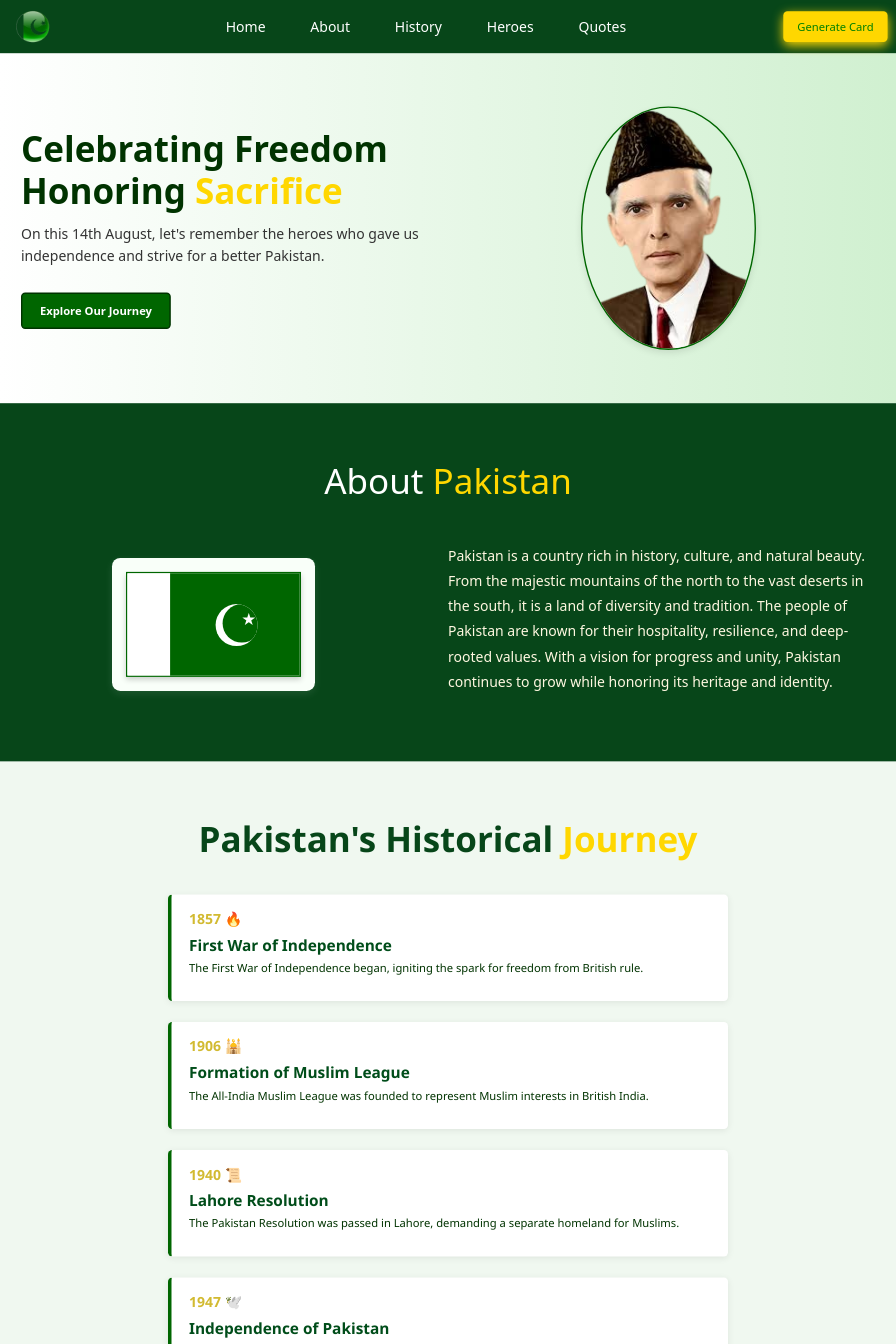
Repository: memonmuhammadali98/Pakistan-Independence-Day
Page: index.html
These files come from the project's save history. The page is drawn as it stood at one moment and after the next save; the edit follows.
The browser window is 1280 px wide. The pictures show the part of the page from y = 0 to 1920 px (the page is 6354 px tall), at 70% of full size.

Above is the page before, as saved 2025-08-09 21:32:39.

After the next save:
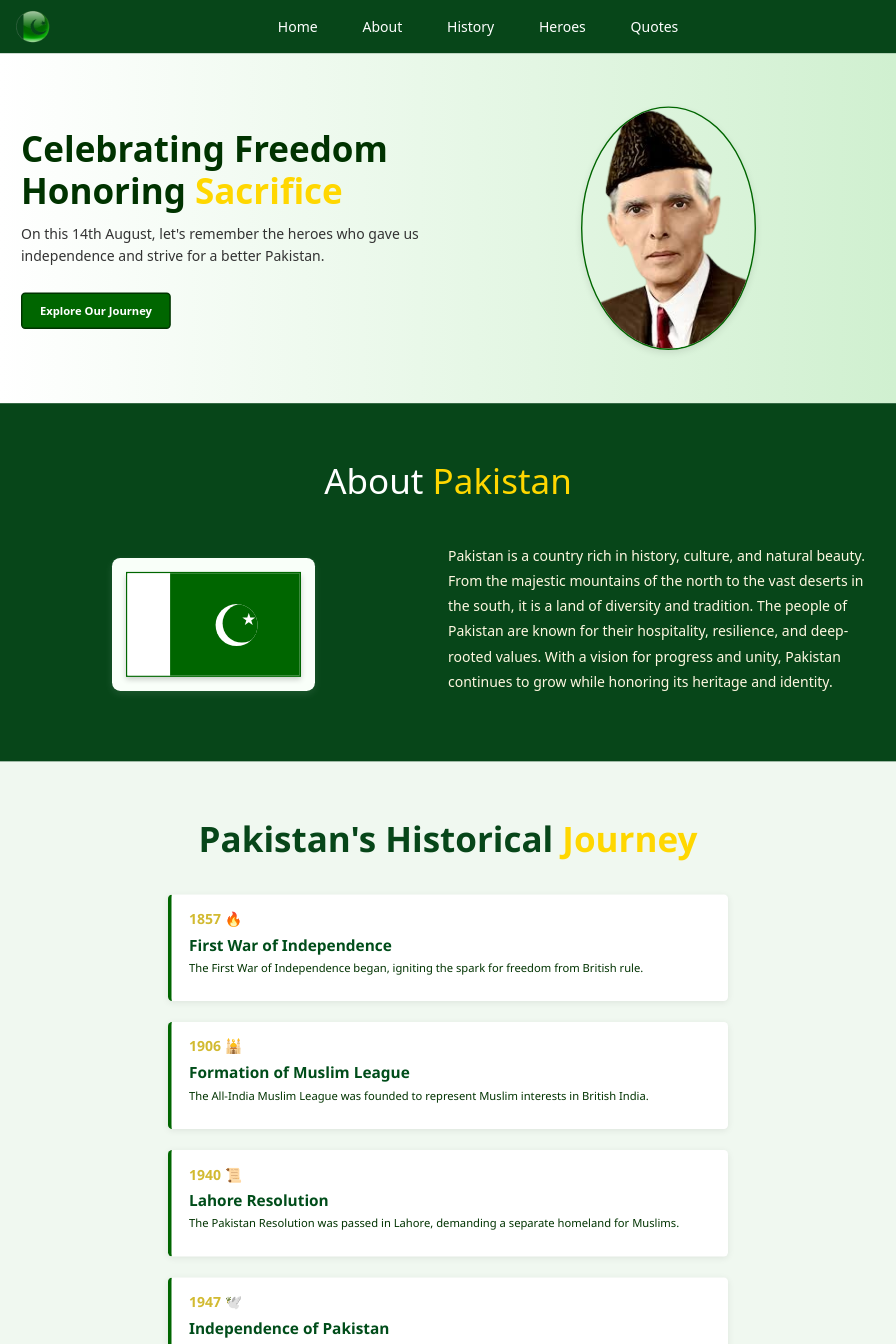
Saved 95 s later.
--- a/index.html
+++ b/index.html
@@ -44,9 +44,7 @@
             <a class="nav-link active" aria-disabled="true" href="#Quotes">Quotes</a>
           </li>
         </ul>
-        <form class="d-flex" role="search">
-          <button class="btn" type="submit" ><a href="#Generate-Card"></a> Generate Card</button>
-        </form>
+
       </div>
     </div>
   </nav>
